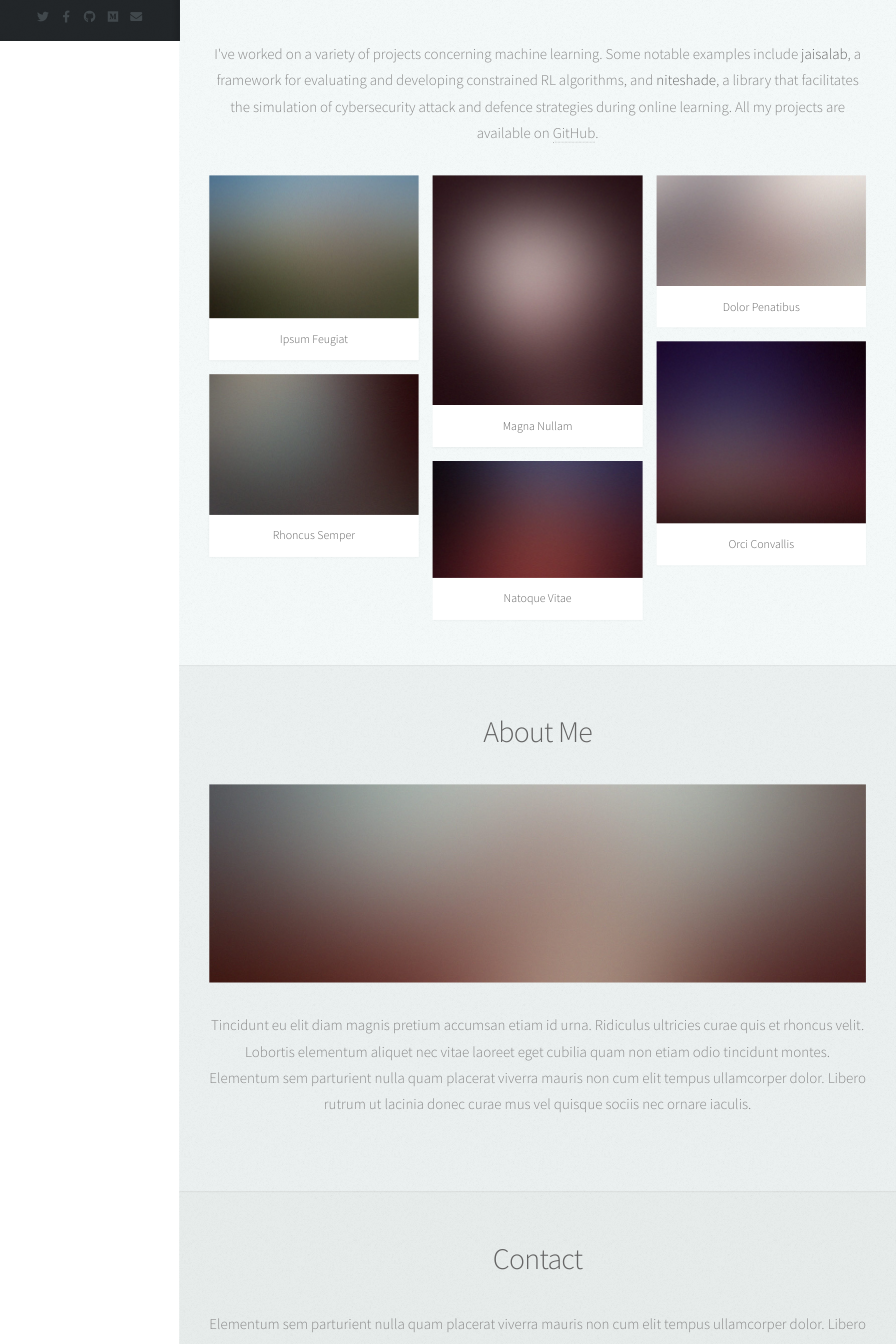
Repository: jaimesabalimperial/jaimesabalimperial.github.io
Page: index.html
The author's editor kept a copy of each file at every save. The page is drawn from the files as they stood at one save, then again after the next save.
The browser window is 1280 px wide. The pictures show the part of the page from y = 662 to 2582 px (the page is 3378 px tall before and 3299 px after), at 70% of full size.

Above is the page before, as saved 2022-10-04 13:53:51.

### index.html
<!DOCTYPE HTML>
<!--
	Prologue by HTML5 UP
	html5up.net | @ajlkn
	Free for personal and commercial use under the CCA 3.0 license (html5up.net/license)
-->
<html>
	<head>
		<title>Prologue by HTML5 UP</title>
		<meta charset="utf-8" />
		<meta name="viewport" content="width=device-width, initial-scale=1, user-scalable=no" />
		<link rel="stylesheet" href="assets/css/main.css" />
	</head>
	<body class="is-preload">

		<!-- Header -->
			<div id="header">

				<div class="top">

					<!-- Logo -->
						<div id="logo">
							<span class="image avatar48"><img src="images/profile2.jpeg" alt="" /></span>
							<h1 id="title">Jaime Sabal Bermúdez</h1>
							<p>Machine Learning Engineer/Researcher</p>
						</div>

					<!-- Nav -->
						<nav id="nav">
							<ul>
								<li><a href="#top" id="top-link"><span class="icon solid fa-home">Intro</span></a></li>
								<li><a href="#portfolio" id="portfolio-link"><span class="icon solid fa-th">Portfolio</span></a></li>
								<li><a href="#about" id="about-link"><span class="icon solid fa-user">About Me</span></a></li>
								<li><a href="#contact" id="contact-link"><span class="icon solid fa-envelope">Contact</span></a></li>
							</ul>
						</nav>

				</div>

				<div class="bottom">

					<!-- Social Icons -->
						<ul class="icons">
							<li><a href="#" class="icon brands fa-twitter"><span class="label">Twitter</span></a></li>
							<li><a href="#" class="icon brands fa-facebook-f"><span class="label">Facebook</span></a></li>
							<li><a href="https://github.com/jaimesabalimperial" class="icon brands fa-github"><span class="label">Github</span></a></li>
							<li><a href="https://medium.com/@jsabalb" class="icon brands fa-medium"><span class="label">Medium</span></a></li>
							<li><a href="mailto: jsabalb@gmail.com" class="icon solid fa-envelope"><span class="label">Email</span></a></li>
						</ul>

				</div>

			</div>

		<!-- Main -->
			<div id="main">

				<!-- Intro -->
					<section id="top" class="one dark cover">
						<div class="container">

							<header>
								<h2 class="alt">Hi! I'm <strong>Jaime</strong>, an aspiring <br />
								researcher in machine learning</a>.</h2>
								<p>My interests specifically revolve around reinforcement learning <br />
								and robot learning and control (with focus on evolutionary algorithms).</p>
							</header>

							<footer>
								<a href="#about" class="button scrolly">About Me</a>
							</footer>

						</div>
					</section>

				<!-- Portfolio -->
					<section id="portfolio" class="two">
						<div class="container">

							<header>
								<h2>Portfolio</h2>
							</header>

							<p>I've worked on a variety of projects concerning machine learning. Some notable
							examples include <strong>jaisalab</strong>, a framework for evaluating and developing
							constrained RL algorithms, and <strong>niteshade</strong>, a library that facilitates
							the simulation of cybersecurity attack and defence strategies during online learning.
							All my projects are available on <a href="https://github.com/jaimesabalimperial">GitHub</a>.</p>

							<div class="row">
								<div class="col-4 col-12-mobile">
									<article class="item">
										<a href="#" class="image fit"><img src="images/pic02.jpg" alt="" /></a>
										<header>
											<h3>Ipsum Feugiat</h3>
										</header>
									</article>
									<article class="item">
										<a href="#" class="image fit"><img src="images/pic03.jpg" alt="" /></a>
										<header>
											<h3>Rhoncus Semper</h3>
										</header>
									</article>
								</div>
								<div class="col-4 col-12-mobile">
									<article class="item">
										<a href="#" class="image fit"><img src="images/pic04.jpg" alt="" /></a>
										<header>
											<h3>Magna Nullam</h3>
										</header>
									</article>
									<article class="item">
										<a href="#" class="image fit"><img src="images/pic05.jpg" alt="" /></a>
										<header>
											<h3>Natoque Vitae</h3>
										</header>
									</article>
								</div>
								<div class="col-4 col-12-mobile">
									<article class="item">
										<a href="#" class="image fit"><img src="images/pic06.jpg" alt="" /></a>
										<header>
											<h3>Dolor Penatibus</h3>
										</header>
									</article>
									<article class="item">
										<a href="#" class="image fit"><img src="images/pic07.jpg" alt="" /></a>
										<header>
											<h3>Orci Convallis</h3>
										</header>
									</article>
								</div>
							</div>

						</div>
					</section>

				<!-- About Me -->
					<section id="about" class="three">
						<div class="container">

							<header>
								<h2>About Me</h2>
							</header>

							<a href="#" class="image featured"><img src="images/pic08.jpg" alt="" /></a>

							<p>Tincidunt eu elit diam magnis pretium accumsan etiam id urna. Ridiculus
							ultricies curae quis et rhoncus velit. Lobortis elementum aliquet nec vitae
							laoreet eget cubilia quam non etiam odio tincidunt montes. Elementum sem
							parturient nulla quam placerat viverra mauris non cum elit tempus ullamcorper
							dolor. Libero rutrum ut lacinia donec curae mus vel quisque sociis nec
							ornare iaculis.</p>

						</div>
					</section>

				<!-- Contact -->
					<section id="contact" class="four">
						<div class="container">

							<header>
								<h2>Contact</h2>
							</header>

							<p>Elementum sem parturient nulla quam placerat viverra
							mauris non cum elit tempus ullamcorper dolor. Libero rutrum ut lacinia
							donec curae mus. Eleifend id porttitor ac ultricies lobortis sem nunc
							orci ridiculus faucibus a consectetur. Porttitor curae mauris urna mi dolor.</p>

							<form method="post" action="#">
								<div class="row">
									<div class="col-6 col-12-mobile"><input type="text" name="name" placeholder="Name" /></div>
									<div class="col-6 col-12-mobile"><input type="text" name="email" placeholder="Email" /></div>
									<div class="col-12">
										<textarea name="message" placeholder="Message"></textarea>
									</div>
									<div class="col-12">
										<input type="submit" value="Send Message" />
									</div>
								</div>
							</form>

						</div>
					</section>

			</div>

		<!-- Footer -->
			<div id="footer">

				<!-- Copyright -->
					<ul class="copyright">
						<li>&copy; Untitled. All rights reserved.</li><li>Design: <a href="http://html5up.net">HTML5 UP</a></li>
					</ul>

			</div>

		<!-- Scripts -->
			<script src="assets/js/jquery.min.js"></script>
			<script src="assets/js/jquery.scrolly.min.js"></script>
			<script src="assets/js/jquery.scrollex.min.js"></script>
			<script src="assets/js/browser.min.js"></script>
			<script src="assets/js/breakpoints.min.js"></script>
			<script src="assets/js/util.js"></script>
			<script src="assets/js/main.js"></script>

	</body>
</html>

Loaded but not shown: assets/css/fontawesome-all.min.css (library); assets/js/jquery.min.js (library); assets/js/jquery.scrolly.min.js (common file); assets/js/jquery.scrollex.min.js (common file); assets/js/browser.min.js (common file); assets/js/breakpoints.min.js (common file); assets/js/util.js (587 lines, source omitted); assets/js/main.js (123 lines, source omitted); assets/css/main.css (2633 lines, source omitted)

After the next save:
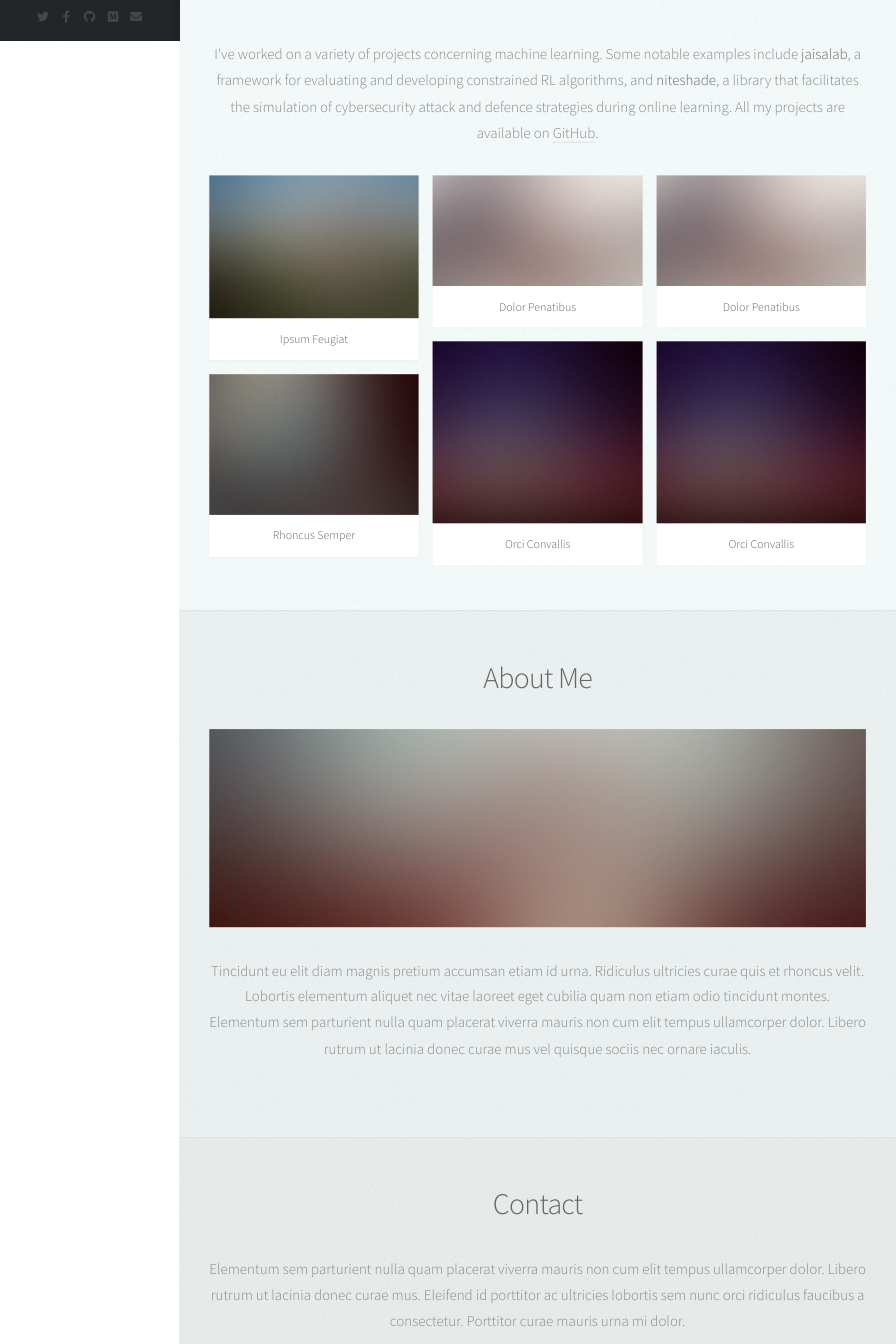
Saved 22 s later.
--- a/index.html
+++ b/index.html
@@ -104,15 +104,15 @@
 								</div>
 								<div class="col-4 col-12-mobile">
 									<article class="item">
-										<a href="#" class="image fit"><img src="images/pic04.jpg" alt="" /></a>
-										<header>
-											<h3>Magna Nullam</h3>
-										</header>
-									</article>
-									<article class="item">
-										<a href="#" class="image fit"><img src="images/pic05.jpg" alt="" /></a>
-										<header>
-											<h3>Natoque Vitae</h3>
+										<a href="#" class="image fit"><img src="images/pic06.jpg" alt="" /></a>
+										<header>
+											<h3>Dolor Penatibus</h3>
+										</header>
+									</article>
+									<article class="item">
+										<a href="#" class="image fit"><img src="images/pic07.jpg" alt="" /></a>
+										<header>
+											<h3>Orci Convallis</h3>
 										</header>
 									</article>
 								</div>

After the save that followed:
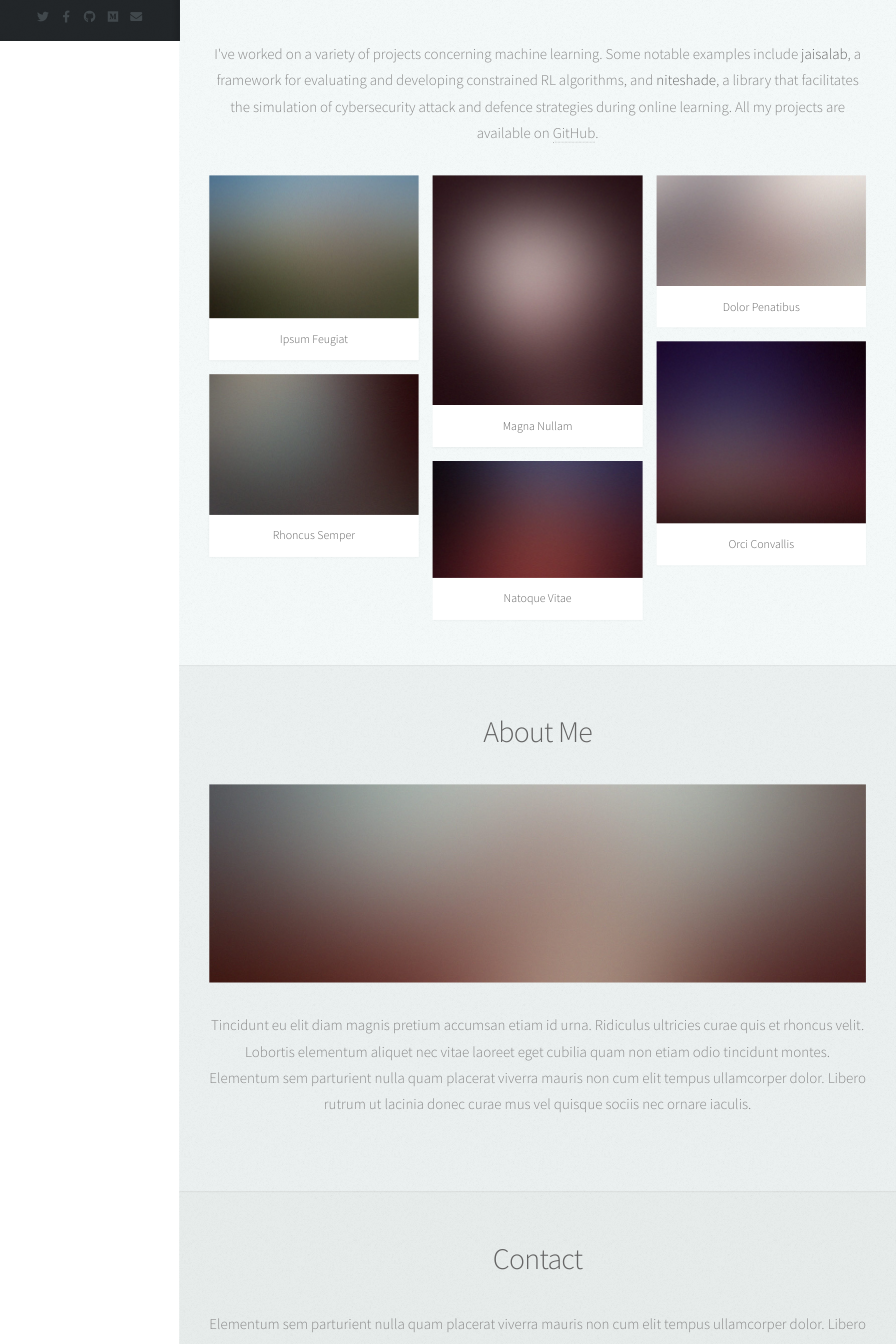
Saved 6 s later.
--- a/index.html
+++ b/index.html
@@ -104,15 +104,15 @@
 								</div>
 								<div class="col-4 col-12-mobile">
 									<article class="item">
-										<a href="#" class="image fit"><img src="images/pic06.jpg" alt="" /></a>
-										<header>
-											<h3>Dolor Penatibus</h3>
-										</header>
-									</article>
-									<article class="item">
-										<a href="#" class="image fit"><img src="images/pic07.jpg" alt="" /></a>
-										<header>
-											<h3>Orci Convallis</h3>
+										<a href="#" class="image fit"><img src="images/pic04.jpg" alt="" /></a>
+										<header>
+											<h3>Magna Nullam</h3>
+										</header>
+									</article>
+									<article class="item">
+										<a href="#" class="image fit"><img src="images/pic05.jpg" alt="" /></a>
+										<header>
+											<h3>Natoque Vitae</h3>
 										</header>
 									</article>
 								</div>
